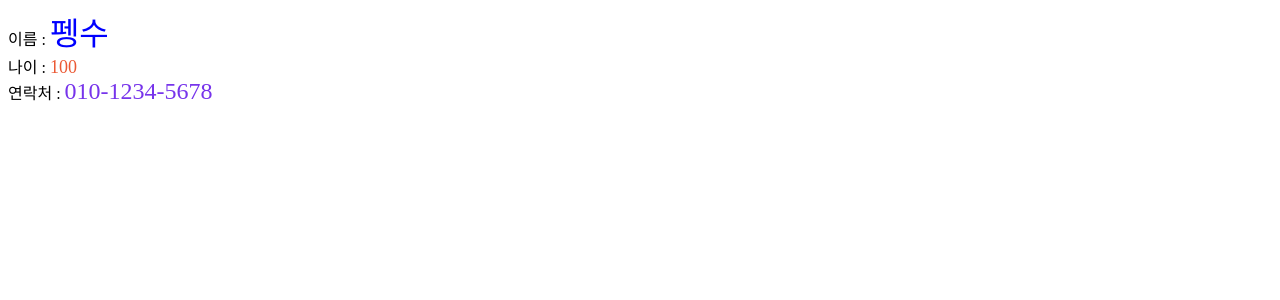
Repository: ujin2021/jsp_study
Page: jsp01/WebContent/me2.html
These files come from the project's save history. The page is drawn as it stood at one moment and after the next save; the edit follows.
The browser window is 1280 px wide. The pictures show the whole page.

Above is the page before, as saved 2020-01-11 07:49:43.

After the next save:
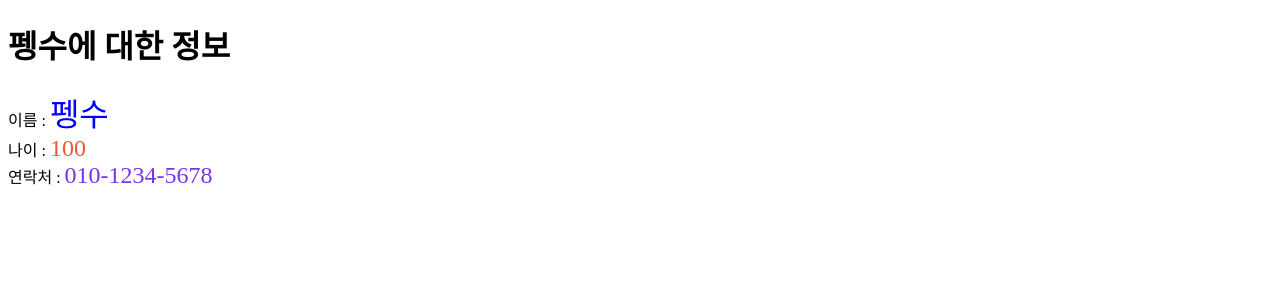
Saved 107 s later.
--- a/jsp01/WebContent/me2.html
+++ b/jsp01/WebContent/me2.html
@@ -5,8 +5,9 @@
 <title>Insert title here</title>
 </head>
 <body>
+<h1>펭수에 대한 정보</h1><!-- header 제목용 -->
 이름 : <font color="blue" size="6">펭수</font> <br>
-나이 : <font color="#eb5934" size="4">100</font> <br>
+나이 : <font color="#eb5934" size="5">100</font> <br>
 연락처 : <font color="#7734eb" size="5">010-1234-5678</font> <br>
 </body>
 </html>
